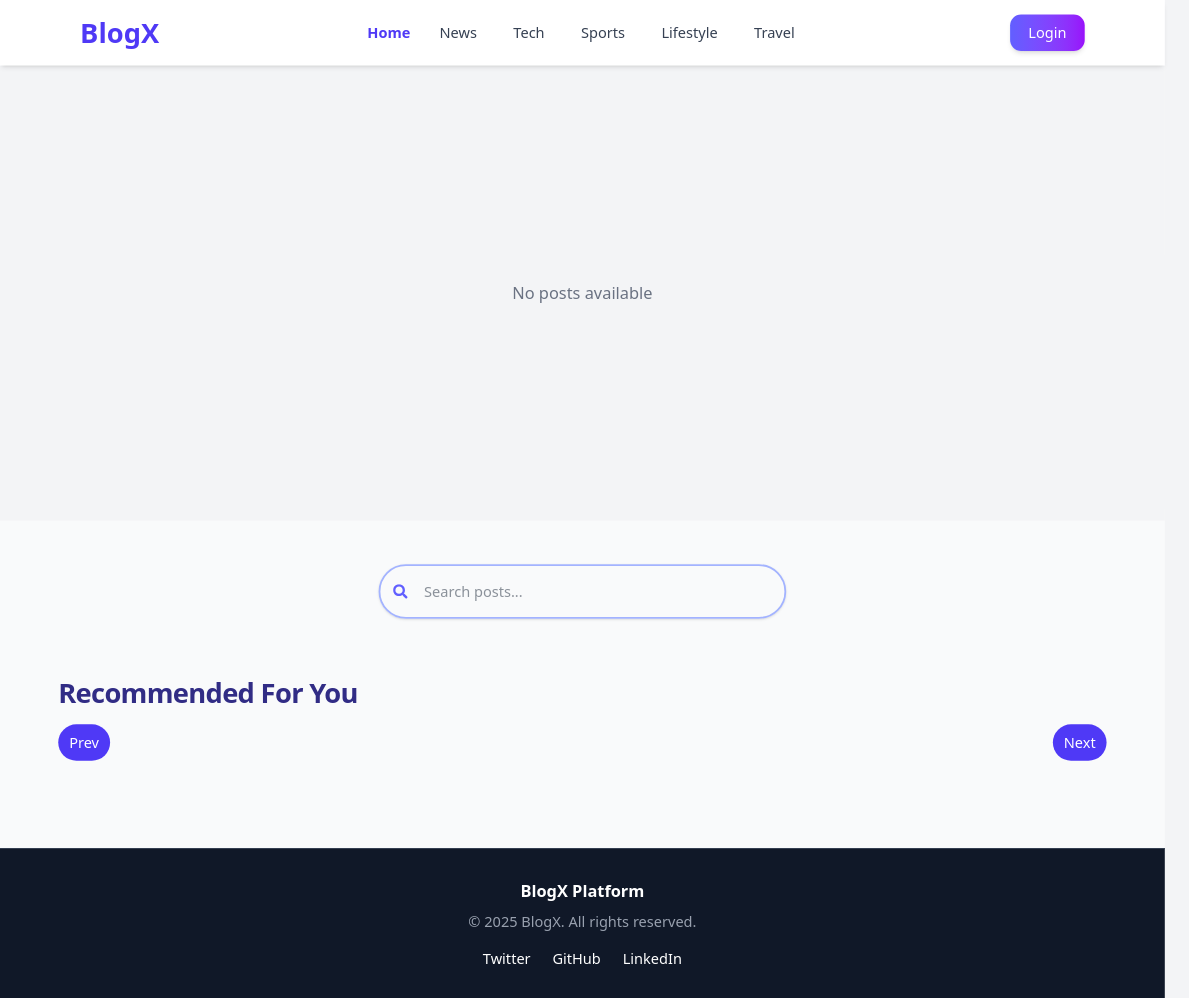
Repository: kundanchouhan12/BlogX
Page: / (app in blogx-Frontend/)
The author's editor kept a copy of each file at every save. The page is drawn from the files as they stood at one save, then again after the next save.
The browser window is 1280 px wide. The page is 1280 px wide, then 1307 px, so the pictures cover 1307 px, including what lies to the right of the window. The pictures show the whole page, at 91% of full size.
The page's requests for data from a server got no answer. The project was rebuilt for these pictures with package versions that can differ from the ones it lists, and the page was loaded fresh each time. No one was signed in, and anything a server would have sent is missing. Also part of the build but not shown: blogx-Frontend/vite.config.js, blogx-Frontend/src/pages/Login.jsx, blogx-Frontend/src/pages/Signup.jsx, blogx-Frontend/src/pages/CreatePost.jsx, blogx-Frontend/src/components/PrivateRoute.jsx, blogx-Frontend/src/pages/BlogDetails.css, blogx-Frontend/src/pages/BlogDetails.jsx, blogx-Frontend/src/components/UpdatePost.jsx.

Above is the page before, as saved 2025-09-23 20:12:41.

### blogx-Frontend/src/main.jsx
// src/main.jsx
import ReactDOM from "react-dom/client";
import { BrowserRouter } from "react-router-dom";
import App from "./App";
import { AuthProvider } from "./context/AuthContext";
import { PostsProvider } from "./context/PostsContext";
import "./index.css"; // Ensure this exists

ReactDOM.createRoot(document.getElementById("root")).render(
    <BrowserRouter>
      <AuthProvider>
        <PostsProvider>
          <App />
        </PostsProvider>
      </AuthProvider>
    </BrowserRouter>
);

### blogx-Frontend/src/App.jsx
import { Routes, Route, Navigate } from "react-router-dom";
import Navbar from "./components/Navbar";
import Home from "./pages/Home";
import Login from "./pages/Login";
import Signup from "./pages/Signup";
import CreatePost from "./pages/CreatePost";
import PrivateRoute from "./components/PrivateRoute";
import BlogDetails from "./pages/BlogDetails";
import UpdatePost from "./components/UpdatePost";

export default function App() {
  return (
    <div className="min-h-screen flex flex-col">
      {/* Navbar har page par show hoga */}
      <Navbar />

      {/* Routes */}
      <div className="flex-grow">
        <Routes>
          <Route path="/" element={<Home />} />
          <Route path="/login" element={<Login />} />
          <Route path="/signup" element={<Signup />} />

          {/* Create Post */}
          <Route
            path="/create-post"
            element={
              <PrivateRoute>
                <CreatePost />
              </PrivateRoute>
            }
          />
          {/* Optional alias redirect: /create → /create-post */}
          <Route path="/create" element={<Navigate to="/create-post" />} />

          {/* Update Post */}
          <Route
            path="/update-post/:id"
            element={
              <PrivateRoute>
                <UpdatePost />
              </PrivateRoute>
            }
          />

          {/* Blog Details */}
          <Route
            path="/posts/:id"
            element={
              <PrivateRoute>
                <BlogDetails />
              </PrivateRoute>
            }
          />
        </Routes>
      </div>
    </div>
  );
}

### blogx-Frontend/src/context/AuthContext.jsx
import { createContext, useContext, useState } from "react";
import { useNavigate } from "react-router-dom";
import axios from "axios";

const API_URL = import.meta.env.VITE_BACKEND_URL;

const AuthContext = createContext();

export function AuthProvider({ children }) {
  const navigate = useNavigate();
  const [user, setUser] = useState(() => {
    const saved = localStorage.getItem("user");
    try {
      return saved ? JSON.parse(saved) : null;
    } catch {
      localStorage.removeItem("user");
      return null;
    }
  });
  const [token, setToken] = useState(() => localStorage.getItem("token") || null);

  const login = (userData, jwtToken) => {
      console.log("Logging in token:", jwtToken); // debug
    setUser(userData);
    setToken(jwtToken);
    localStorage.setItem("user", JSON.stringify(userData));
    localStorage.setItem("token", jwtToken);
    navigate("/");
  };

  const logout = () => {
    setUser(null);
    setToken(null);
    localStorage.removeItem("user");
    localStorage.removeItem("token");
    navigate("/login");
  };

  const signup = async (userData) => {
    try {
      const res = await axios.post(`${API_URL}/api/auth/signup`, userData);
      const { user, token } = res.data;
      setUser(user);
      setToken(token);
      localStorage.setItem("user", JSON.stringify(user));
      localStorage.setItem("token", token);
      navigate("/login");
    } catch (err) {
      console.error("Signup error:", err.response?.data || err.message);
      throw err;
    }
  };

  return (
    <AuthContext.Provider value={{ user, token, login, logout, signup, API_URL }}>
      {children}
    </AuthContext.Provider>
  );
}

export const useAuth = () => useContext(AuthContext);

### blogx-Frontend/src/context/PostsContext.jsx
import { createContext, useContext, useState, useEffect } from "react";
import axios from "axios";
import { useAuth } from "./AuthContext";

const PostsContext = createContext();

export function PostsProvider({ children }) {
  const { token, API_URL, user } = useAuth();
  const [posts, setPosts] = useState([]);
  const [loading, setLoading] = useState(false);

  // Fetch all posts (latest-first)
  const fetchPosts = async () => {
    setLoading(true);
    try {
      const res = await axios.get(`${API_URL}/api/posts`, {
        headers: token ? { Authorization: `Bearer ${token}` } : {},
      });

      const allPosts = (Array.isArray(res.data) ? res.data : []).map((p) => ({
        ...p,
        createdAt: p.createdAt || new Date().toISOString(),
        username: p.username || "Anonymous",
      }));

      // Sort by latest first
      allPosts.sort((a, b) => new Date(b.createdAt) - new Date(a.createdAt));
      setPosts(allPosts);
    } catch (err) {
      console.error("fetchPosts error:", err.response?.data || err.message);
      setPosts([]);
    } finally {
      setLoading(false);
    }
  };

  // Create post and refresh posts list
  const createPost = async (formData) => {
    if (!token) throw new Error("You must be logged in to create a post");

    try {
      const res = await axios.post(`${API_URL}/api/posts`, formData, {
        headers: { Authorization: `Bearer ${token}` },
      });

      const newPost = {
        ...res.data,
        createdAt: res.data.createdAt || new Date().toISOString(),
        username: res.data.username || user?.name || "Anonymous",
      };

      // Add new post at top
      setPosts((prev) => [newPost, ...prev]);

      // Optional: fetch all posts to sync backend (in case multiple users)
      // await fetchPosts();

      return newPost;
    } catch (err) {
      console.error("createPost error:", err.response?.data || err.message);
      throw err;
    }
  };

  // Update post
  const updatePost = async (id, formData) => {
    try {
      const res = await axios.put(`${API_URL}/api/posts/${id}`, formData, {
        headers: { Authorization: `Bearer ${token}` },
      });
      setPosts((prev) =>
        prev.map((p) => (p.id === id ? { ...p, ...res.data } : p))
      );
    } catch (err) {
      console.error("updatePost error:", err.response?.data || err.message);
    }
  };

  // Delete post
  const deletePost = async (id) => {
    try {
      await axios.delete(`${API_URL}/api/posts/${id}`, {
        headers: { Authorization: `Bearer ${token}` },
      });
      setPosts((prev) => prev.filter((p) => p.id !== id));
    } catch (err) {
      console.error("deletePost error:", err.response?.data || err.message);
    }
  };

  // Fetch posts on token change / login
  useEffect(() => {
    fetchPosts();
  }, [token]);

  return (
    <PostsContext.Provider
      value={{ posts, loading, fetchPosts, createPost, updatePost, deletePost }}
    >
      {children}
    </PostsContext.Provider>
  );
}

export const usePosts = () => useContext(PostsContext);

### blogx-Frontend/src/index.css
@tailwind base;
@tailwind components;
@tailwind utilities;

body {
  @apply bg-gray-100 text-gray-800;
}
@import "tailwindcss";

### blogx-Frontend/src/pages/Home.jsx
import { useEffect, useState } from "react";
import { useAuth } from "../context/AuthContext";
import { usePosts } from "../context/PostsContext";
import { Link } from "react-router-dom";
import { FaArrowRight, FaFeatherAlt, FaSearch } from "react-icons/fa";
import Footer from "../components/Footer";
import axios from "axios";

export default function Home() {
  const { posts, fetchPosts } = usePosts();
  const { user, API_URL, token } = useAuth();
  const [search, setSearch] = useState("");
  const [currentPage, setCurrentPage] = useState(1);
  const postsPerPage = 6;
  const [users, setUsers] = useState([]);
  const [topAuthors, setTopAuthors] = useState([]);

  // Fetch users from backend
  const fetchUsers = async () => {
    try {
      const res = await axios.get(`${API_URL}/api/users`, {
        headers: token ? { Authorization: `Bearer ${token}` } : {},
      });
      setUsers(res.data || []);
    } catch (err) {
      console.error("fetchUsers error:", err.response?.data || err.message);
      setUsers([]);
    }
  };

  // Top authors logic
  useEffect(() => {
    if (!users.length || !posts.length) return;
    const authorPostCount = users.map((u) => {
      const count = posts.filter((p) => p.username === u.name).length;
      return { ...u, postCount: count };
    });
    const sortedAuthors = authorPostCount
      .sort((a, b) => b.postCount - a.postCount)
      .slice(0, 5);
    setTopAuthors(sortedAuthors);
  }, [users, posts]);

  // Refresh posts and users periodically
  useEffect(() => {
    fetchPosts();
    fetchUsers();
    const interval = setInterval(() => {
      fetchPosts();
      fetchUsers();
    }, 30000);
    return () => clearInterval(interval);
  }, [fetchPosts]);

  // Filter posts by search
  const filteredPosts = posts.filter((p) =>
    [p.title, p.content, p.username].some((field) =>
      field?.toLowerCase().includes(search.toLowerCase())
    )
  );

  // Pagination
  const totalPages = Math.ceil(filteredPosts.length / postsPerPage);
  const startIndex = (currentPage - 1) * postsPerPage;
  const displayedPosts = [...filteredPosts]
    .sort((a, b) => new Date(b.createdAt) - new Date(a.createdAt))
    .slice(startIndex, startIndex + postsPerPage);

  const handleNext = () =>
    setCurrentPage((prev) => Math.min(prev + 1, totalPages));
  const handlePrev = () => setCurrentPage((prev) => Math.max(prev - 1, 1));

  // Slider: latest 5 posts with images
  const sliderPosts = [...posts]
    .filter((p) => p.imageUrl)
    .sort((a, b) => new Date(b.createdAt) - new Date(a.createdAt))
    .slice(0, 5);

  // Recommended posts
  const recommendedPosts = [...posts]
    .sort((a, b) => new Date(b.createdAt) - new Date(a.createdAt));

  // Recommended section state
  const recPerPage = 3;
  const recTotalPages = Math.ceil(recommendedPosts.length / recPerPage);
  const [recPage, setRecPage] = useState(0);

  // Slice posts for current recommended page
  const displayedRecommended = recommendedPosts.slice(
    recPage * recPerPage,
    recPage * recPerPage + recPerPage
  );

  // Handlers
  const handleRecNext = () => {
    setRecPage((prev) => (prev + 1) % recTotalPages);
  };

  const handleRecPrev = () => {
    setRecPage((prev) => (prev - 1 < 0 ? recTotalPages - 1 : prev - 1));
  };

  function HeroSlider({ posts }) {
    const [current, setCurrent] = useState(0);
    useEffect(() => {
      if (!posts.length) return;
      const interval = setInterval(
        () => setCurrent((prev) => (prev + 1) % posts.length),
        5000
      );
      return () => clearInterval(interval);
    }, [posts]);

    if (!posts.length)
      return (
        <div className="h-[300px] sm:h-[400px] md:h-[500px] flex items-center justify-center bg-gray-100">
          <p className="text-gray-500 text-lg">No posts available</p>
        </div>
      );

    const post = posts[current];
    return (
      <div className="relative w-full h-[300px] sm:h-[400px] md:h-[500px] overflow-hidden rounded-xl shadow-2xl transition-all duration-700 ease-in-out">
        <img
          src={post.imageUrl}
          alt={post.title}
          className="absolute inset-0 w-full h-full object-cover scale-105 blur-sm"
        />
        <div className="absolute inset-0 bg-gradient-to-t from-black via-black/60 to-transparent" />
        <div className="relative z-10 flex flex-col justify-center h-full max-w-4xl mx-auto px-4 sm:px-6 text-white text-center sm:text-left">
          <span className="bg-indigo-600 px-4 py-1 rounded-full text-sm font-semibold w-fit mb-4 shadow-md mx-auto sm:mx-0">
            {post.username || user?.name || "Anonymous"}
          </span>
          <h1 className="text-3xl sm:text-4xl md:text-5xl font-extrabold leading-tight drop-shadow-xl">
            {post.title}
          </h1>
          <p className="mt-4 text-base sm:text-lg text-indigo-100 max-w-2xl mx-auto sm:mx-0 line-clamp-3">
            {post.content}
          </p>
          <Link
            to={`/posts/${post.id}`}
            className="mt-6 inline-flex items-center gap-2 bg-white text-indigo-700 font-bold px-6 py-3 rounded-full shadow-lg hover:scale-105 hover:bg-indigo-100 transition-transform mx-auto sm:mx-0"
          >
            Read Full Story <FaArrowRight />
          </Link>
        </div>
      </div>
    );
  }

  return (
    <div className="flex flex-col min-h-screen bg-gray-50 font-sans">
      <main className="flex-grow pb-12">
        <HeroSlider posts={sliderPosts} />

        <div className="max-w-7xl mx-auto px-4 sm:px-6 lg:px-8 w-full mt-12">
          {/* Search Bar */}
          <div className="flex justify-center mb-6">
            <div className="relative w-full max-w-md">
              <input
                type="text"
                placeholder="Search posts..."
                value={search}
                onChange={(e) => {
                  setSearch(e.target.value);
                  setCurrentPage(1);
                }}
                className="w-full p-4 pl-12 border-2 border-indigo-300 rounded-full shadow-sm focus:outline-none focus:ring-2 focus:ring-indigo-500 transition"
              />
              <FaSearch className="absolute left-4 top-1/2 transform -translate-y-1/2 text-indigo-500" />
            </div>
          </div>

          {/* Recommended Section */}
          <div className="mt-16 px-4 sm:px-6 lg:px-8">
            <h2 className="text-3xl font-bold text-indigo-900 mb-4 tracking-tight">
              Recommended For You
            </h2>

            <div className="flex items-center gap-4">
              <button
                onClick={handleRecPrev}
                className="px-3 py-2 bg-indigo-600 text-white rounded-full hover:bg-indigo-700 transition"
              >
                Prev
              </button>

              <div className="flex gap-6 w-full justify-center">
                {displayedRecommended.map((post) => (
                  <div
                    key={post.id}
                    className="w-80 bg-white rounded-2xl shadow-lg hover:shadow-xl transition-shadow duration-300 border border-gray-100 flex-shrink-0"
                  >
                    <img
                      src={post.imageUrl || "https://via.placeholder.com/400x200"}
                      alt={post.title}
                      className="w-full h-44 object-cover rounded-t-2xl"
                    />
                    <div className="p-5 flex flex-col justify-between h-full">
                      <h3 className="text-lg font-semibold text-indigo-800 mb-2 line-clamp-2">
                        {post.title}
                      </h3>
                      <p className="text-gray-600 text-sm mb-4 line-clamp-3">{post.content}</p>
                      <div className="flex justify-between items-center text-sm text-gray-500">
                        <span>By {post.username || user?.name || "Anonymous"}</span>
                        <Link
                          to={`/posts/${post.id}`}
                          className="text-indigo-600 font-medium hover:text-indigo-800 transition-colors flex items-center gap-1"
                        >
                          Read <FaArrowRight className="text-xs" />
                        </Link>
                      </div>
                    </div>
                  </div>
                ))}
              </div>

              <button
                onClick={handleRecNext}
                className="px-3 py-2 bg-indigo-600 text-white rounded-full hover:bg-indigo-700 transition"
              >
                Next
              </button>
            </div>
          </div>

          {/* Posts Grid */}
          <div className="grid grid-cols-1 sm:grid-cols-2 lg:grid-cols-3 gap-6 sm:gap-8 mt-12">
            {displayedPosts.map((post) => (
              <div
                key={post.id}
                className="bg-white rounded-2xl shadow-lg hover:shadow-2xl hover:-translate-y-1 transition-all duration-300 overflow-hidden flex flex-col"
              >
                <img
                  src={post.imageUrl || "https://via.placeholder.com/400x200"}
                  alt={post.title}
                  className="w-full h-40 sm:h-48 md:h-56 object-cover"
                />
                <div className="p-4 flex flex-col justify-between flex-grow">
                  <div>
                    <h2 className="text-lg font-bold text-indigo-800 hover:underline transition line-clamp-2">
                      {post.title}
                    </h2>
                    <p className="text-gray-600 mt-2 text-sm line-clamp-3">{post.content}</p>
                  </div>
                  <div className="flex justify-between items-center mt-4">
                    <div className="flex items-center text-gray-500 text-sm">
                      <FaFeatherAlt className="mr-2 text-indigo-500" />
                      <span>By {post.username || user?.name || "Anonymous"}</span>
                    </div>
                    <Link
                      to={`/posts/${post.id}`}
                      className="text-indigo-600 font-semibold hover:underline flex items-center gap-1 text-sm"
                    >
                      Read More <FaArrowRight />
                    </Link>
                  </div>
                </div>
              </div>
            ))}
          </div>

          {/* Most Active Authors Section */}
          {topAuthors.length > 0 && (
            <div className="mt-16">
              <h2 className="text-2xl font-bold text-indigo-800 mb-6">Most Active Authors</h2>
              <div className="grid grid-cols-2 sm:grid-cols-3 lg:grid-cols-5 gap-6">
                {topAuthors.map((author) => (
                  <div
                    key={author.id}
                    className="bg-white rounded-xl shadow-md hover:shadow-lg transition p-4 flex flex-col items-center text-center"
                  >
                    <div className="h-12 w-12 rounded-full bg-indigo-100 flex items-center justify-center text-indigo-700 font-semibold mb-3">
                      {author.name?.[0]?.toUpperCase() || "A"}
                    </div>
                    <span className="text-indigo-700 font-semibold">{author.name}</span>
                    <span className="text-gray-500 text-sm mt-1">{author.postCount} posts</span>
                  </div>
                ))}
              </div>
            </div>
          )}
        </div>
      </main>

      <Footer />
    </div>
  );
}

### blogx-Frontend/src/components/Footer.jsx
export default function Footer() {
  return (
<footer className="bg-gray-900 text-white py-8 mt-auto border-t border-gray-700">
      <div className="max-w-7xl mx-auto px-4 sm:px-6 lg:px-8 text-center">
        <p className="text-lg font-semibold">BlogX Platform</p>
        <p className="mt-2 text-gray-400">
          © {new Date().getFullYear()} BlogX. All rights reserved.
        </p>
        <div className="flex justify-center gap-6 mt-4">
          <a
            href="https://twitter.com"
            target="_blank"
            rel="noreferrer"
            className="hover:text-indigo-400"
          >
            Twitter
          </a>
          <a
            href="https://github.com"
            target="_blank"
            rel="noreferrer"
            className="hover:text-indigo-400"
          >
            GitHub
          </a>
          <a
            href="https://linkedin.com"
            target="_blank"
            rel="noreferrer"
            className="hover:text-indigo-400"
          >
            LinkedIn
          </a>
        </div>
      </div>
    </footer>
  );
}

Loaded but not shown: blogx-Frontend/index.html (common file); blogx-Frontend/src/components/Navbar.jsx (156 lines, source omitted)

After the next save:
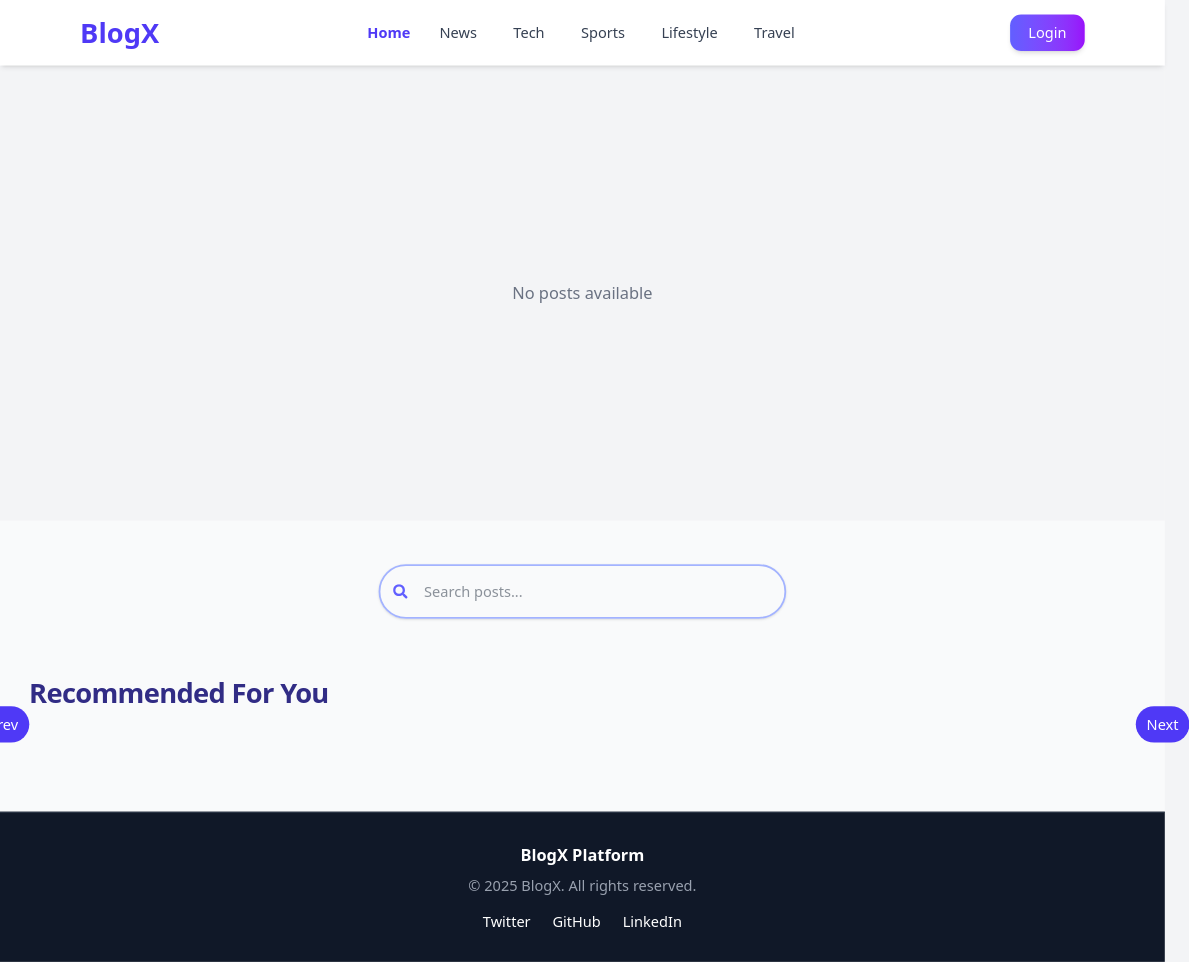
Saved 2 min 14 s later.
--- a/blogx-Frontend/src/pages/Home.jsx
+++ b/blogx-Frontend/src/pages/Home.jsx
@@ -172,20 +172,20 @@ export default function Home() {
           </div>
 
           {/* Recommended Section */}
-          <div className="mt-16 px-4 sm:px-6 lg:px-8">
+          <div className="mt-16">
             <h2 className="text-3xl font-bold text-indigo-900 mb-4 tracking-tight">
               Recommended For You
             </h2>
 
-            <div className="flex items-center gap-4">
+            <div className="relative flex items-center justify-between gap-4">
               <button
                 onClick={handleRecPrev}
-                className="px-3 py-2 bg-indigo-600 text-white rounded-full hover:bg-indigo-700 transition"
+                className="px-3 py-2 bg-indigo-600 text-white rounded-full hover:bg-indigo-700 transition absolute left-0 z-10 transform -translate-x-full"
               >
                 Prev
               </button>
 
-              <div className="flex gap-6 w-full justify-center">
+              <div className="flex gap-6 overflow-hidden w-full justify-center">
                 {displayedRecommended.map((post) => (
                   <div
                     key={post.id}
@@ -217,7 +217,7 @@ export default function Home() {
 
               <button
                 onClick={handleRecNext}
-                className="px-3 py-2 bg-indigo-600 text-white rounded-full hover:bg-indigo-700 transition"
+                className="px-3 py-2 bg-indigo-600 text-white rounded-full hover:bg-indigo-700 transition absolute right-0 z-10 transform translate-x-full"
               >
                 Next
               </button>
